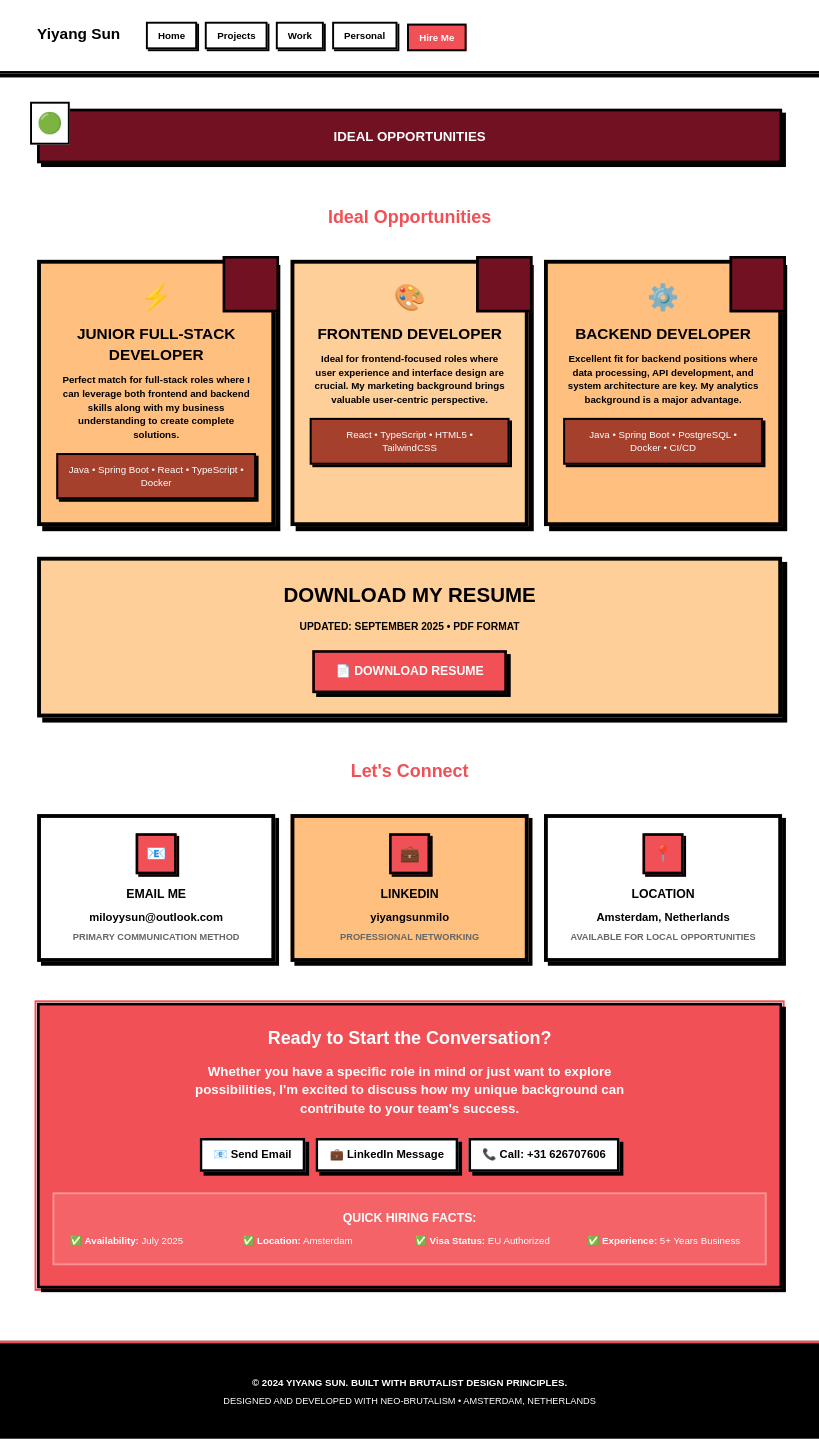
Repository: miloyiyangsun/yiyangsun.github.io
Page: .superdesign/design_iterations/yiyang_hireme_v2.html
An editor plug-in stored every save of this project. The page is shown before and after the next save, followed by the edit.
The browser window is 1280 px wide. The pictures show the whole page, at 64% of full size.

Above is the page before, as saved 2025-09-03 17:25:03.

### .superdesign/design_iterations/yiyang_hireme_v2.html
<!DOCTYPE html>
<html lang="en">
<head>
    <meta charset="UTF-8">
    <meta name="viewport" content="width=device-width, initial-scale=1.0">
    <title>Hire Me - Yiyang Sun [Neo-Brutalist Portfolio]</title>
    <meta name="description" content="Hire Yiyang Sun - Computer Science Student (2025 Graduate) with 5+ years business experience seeking Junior Full-Stack, Frontend, or Backend opportunities in Amsterdam. Neo-brutalist design.">

    <!-- Neo-Brutalist Theme -->
    <link rel="stylesheet" href="brutalist_theme_v2.css">

    <style>
        /* Hire Me specific brutal styles */
        body {
            padding-top: 120px;
            background: #FFFFFF;
        }

        .main-container {
            max-width: 1200px;
            margin: 0 auto;
            padding: 18px;
        }

        /* Hero CTA - Brutal */
        .hire-hero {
            background: #F15156;
            color: #FFFFFF;
            border: 8px solid #000000;
            padding: 48px 24px;
            text-align: center;
            box-shadow: 12px 12px 0 #000000;
            position: relative;
            margin: 24px 0;
        }

        .hire-hero::before {
            content: '💼';
            position: absolute;
            top: -30px;
            left: -30px;
            font-size: 4rem;
            background: #FFFFFF;
            border: 6px solid #000000;
            padding: 16px;
            width: 100px;
            height: 100px;
            display: flex;
            align-items: center;
            justify-content: center;
        }

        .hire-title {
            font-size: 2.5rem;
            font-weight: 900;
            text-transform: uppercase;
            margin: 0 0 18px 0;
            line-height: 0.9;
        }

        .hire-subtitle {
            font-size: 1.2rem;
            font-weight: 700;
            text-transform: uppercase;
            margin-bottom: 24px;
            opacity: 0.95;
        }

        /* Opportunity Cards - Brutal */
        .opportunity-grid {
            display: grid;
            grid-template-columns: repeat(auto-fit, minmax(300px, 1fr));
            gap: 24px;
            margin: 48px 0;
        }

        .opportunity-card {
            background: #FFFFFF;
            border: 6px solid #000000;
            padding: 24px;
            box-shadow: 8px 8px 0 #000000;
            position: relative;
            text-align: center;
        }

        .opportunity-card:hover {
            transform: translate(-4px, -4px);
            box-shadow: 16px 16px 0 #000000;
        }

        .opportunity-card:nth-child(1) {
            background: #FFC07F;
        }

        .opportunity-card:nth-child(2) {
            background: #FFCF99;
        }

        .opportunity-card:nth-child(3) {
            background: #FFC07F;
        }

        .opportunity-card::before {
            content: '';
            position: absolute;
            top: -12px;
            right: -12px;
            width: 80px;
            height: 80px;
            background: #721121;
            border: 4px solid #000000;
        }

        .opportunity-icon {
            font-size: 2.5rem;
            display: block;
            margin-bottom: 12px;
        }

        .opportunity-title {
            font-size: 1.5rem;
            font-weight: 900;
            text-transform: uppercase;
            color: #000000;
            margin-bottom: 12px;
        }

        .opportunity-description {
            font-size: 0.95rem;
            line-height: 1.4;
            font-weight: 600;
            margin-bottom: 18px;
        }

        /* Skills Match - Brutal */
        .skills-match {
            background: #A5402D;
            color: #FFFFFF;
            padding: 12px 16px;
            border: 3px solid #000000;
            margin: 12px 0;
            box-shadow: 4px 4px 0 #000000;
        }

        /* Contact Cards - Brutal */
        .contact-grid {
            display: grid;
            grid-template-columns: repeat(auto-fit, minmax(280px, 1fr));
            gap: 24px;
            margin: 48px 0;
        }

        .contact-card {
            background: #FFFFFF;
            border: 6px solid #000000;
            padding: 24px;
            text-align: center;
            box-shadow: 6px 6px 0 #000000;
            position: relative;
        }

        .contact-card:hover {
            background: #FFCF99;
            transform: translate(-3px, -3px);
            box-shadow: 11px 11px 0 #000000;
        }

        .contact-card:nth-child(even) {
            background: #FFC07F;
        }

        .contact-card:nth-child(even):hover {
            background: #F15156;
            color: #FFFFFF;
        }

        .contact-icon {
            width: 64px;
            height: 64px;
            background: #F15156;
            border: 4px solid #000000;
            border-radius: 0;
            margin: 0 auto 18px auto;
            display: flex;
            align-items: center;
            justify-content: center;
            font-size: 1.6rem;
            color: #FFFFFF;
            box-shadow: 4px 4px 0 #000000;
        }

        .contact-title {
            font-size: 1.2rem;
            font-weight: 900;
            text-transform: uppercase;
            margin-bottom: 10px;
            color: #000000;
        }

        .contact-info {
            font-size: 1.1rem;
            font-weight: 700;
            margin-bottom: 8px;
        }

        .contact-description {
            font-size: 0.9rem;
            font-weight: 600;
            text-transform: uppercase;
            color: #666666;
        }

        /* Value Proposition - Brutal */
        .value-proposition {
            background: #721121;
            color: #FFFFFF;
            padding: 48px;
            border: 8px solid #000000;
            box-shadow: 12px 12px 0 #000000;
            margin: 64px 0;
        }

        .value-title {
            font-size: 2.5rem;
            font-weight: 900;
            text-transform: uppercase;
            text-align: center;
            margin-bottom: 32px;
        }

        .value-grid {
            display: grid;
            grid-template-columns: repeat(auto-fit, minmax(250px, 1fr));
            gap: 24px;
        }

        .value-item {
            padding: 24px;
            background: rgba(255, 255, 255, 0.1);
            border: 2px solid rgba(255, 255, 255, 0.3);
            text-align: center;
        }

        .value-item-title {
            font-size: 1.2rem;
            font-weight: 900;
            text-transform: uppercase;
            margin-bottom: 12px;
        }

        .value-item-description {
            font-size: 1rem;
            font-weight: 500;
            line-height: 1.4;
        }

        /* Resume Download - Brutal */
        .resume-section {
            background: #FFCF99;
            border: 6px solid #000000;
            padding: 32px;
            text-align: center;
            box-shadow: 8px 8px 0 #000000;
            margin: 32px 0;
        }

        .resume-title {
            font-size: 2rem;
            font-weight: 900;
            text-transform: uppercase;
            margin-bottom: 16px;
        }

        .resume-info {
            font-size: 1rem;
            font-weight: 600;
            margin-bottom: 24px;
            text-transform: uppercase;
        }

        .download-button {
            display: inline-block;
            background: #F15156;
            color: #FFFFFF;
            padding: 16px 32px;
            border: 4px solid #000000;
            text-decoration: none;
            font-weight: 900;
            font-size: 1.2rem;
            text-transform: uppercase;
            box-shadow: 6px 6px 0 #000000;
        }

        .download-button:hover {
            background: #721121;
            transform: translate(-2px, -2px);
            box-shadow: 8px 8px 0 #000000;
        }

        /* Availability Status - Brutal */
        .availability {
            background: #721121;
            color: #FFFFFF;
            padding: 24px;
            border: 4px solid #000000;
            text-align: center;
            margin: 32px 0;
            box-shadow: 6px 6px 0 #000000;
            position: relative;
        }

        .availability::before {
            content: '🟢';
            position: absolute;
            top: -15px;
            left: -15px;
            font-size: 2rem;
            background: #FFFFFF;
            border: 3px solid #000000;
            padding: 8px;
            border-radius: 0;
        }

        .availability-text {
            font-size: 1.3rem;
            font-weight: 900;
            text-transform: uppercase;
        }

        /* Mobile responsive */
        @media (max-width: 768px) {
            .hire-title {
                font-size: 2.5rem;
            }

            .hire-hero {
                padding: 40px 20px;
            }

            .opportunity-grid,
            .contact-grid {
                grid-template-columns: 1fr;
            }

            .value-proposition {
                padding: 32px 20px;
            }

            .value-title {
                font-size: 2rem;
            }
        }
    </style>
</head>

<body>
    <!-- Brutalist Navigation -->
    <nav class="brutalist-nav">
        <div class="main-container">
            <strong style="font-size: 1.5rem; margin-right: 32px;">Yiyang Sun</strong>
            <a href="yiyang_home_v2.html" class="brutalist-nav-item">Home</a>
            <a href="yiyang_projects_v2.html" class="brutalist-nav-item">Projects</a>
            <a href="yiyang_work_v2.html" class="brutalist-nav-item">Work</a>
            <a href="yiyang_personal_v2.html" class="brutalist-nav-item">Personal</a>
            <a href="yiyang_hireme_v2.html" class="brutalist-nav-item active">Hire Me</a>
        </div>
    </nav>

    <!-- Main Content -->
    <main class="main-container">
        <!-- Hero CTA -->
        <!-- <section class="hire-hero">
            <div class="hire-title">Hire Me Now!</div>
            <div class="hire-subtitle">CS Student (2025 Graduate) with 5+ Years Business Background</div>
            <p style="font-size: 1.2rem; font-weight: 600; max-width: 600px; margin: 0 auto 32px auto;">
                Computer Science student graduating July 2025 seeking Junior Full-Stack, Frontend, or Backend opportunities.
                5+ years international business experience + technical skills.
            </p>
            <a href="mailto:miloyysun@outlook.com?subject=Job Opportunity&body=Hi Yiyang, I'm interested in discussing a software development opportunity with you."
               class="brutalist-button" style="background: #FFFFFF; color: #000000; font-size: 1.2rem; padding: 16px 32px;">
Email Me Today
            </a>
        </section> -->

        <!-- Availability Status -->
        <!-- <section class="availability">
            <div class="availability-text">Available from July 2025 • CS Graduate • Amsterdam Based • EU Work Authorization</div>
        </section> -->
        <section class="availability">
            <div class="availability-text">Ideal Opportunities</div>
        </section>
        <!-- Opportunity Types -->
        <section>
            <h2 class="title-large brutalist-text-center" style="margin: 64px 0 32px 0;">Ideal Opportunities</h2>

            <div class="opportunity-grid">
                <div class="opportunity-card">
                    <span class="opportunity-icon">⚡</span>
                    <div class="opportunity-title">Junior Full-Stack Developer</div>
                    <div class="opportunity-description">
                        Perfect match for full-stack roles where I can leverage both frontend and backend skills
                        along with my business understanding to create complete solutions.
                    </div>
                    <div class="skills-match">
                        Java • Spring Boot • React • TypeScript • Docker
                    </div>
                </div>

                <div class="opportunity-card">
                    <span class="opportunity-icon">🎨</span>
                    <div class="opportunity-title">Frontend Developer</div>
                    <div class="opportunity-description">
                        Ideal for frontend-focused roles where user experience and interface design are crucial.
                        My marketing background brings valuable user-centric perspective.
                    </div>
                    <div class="skills-match">
                        React • TypeScript • HTML5 • TailwindCSS
                    </div>
                </div>

                <div class="opportunity-card">
                    <span class="opportunity-icon">⚙️</span>
                    <div class="opportunity-title">Backend Developer</div>
                    <div class="opportunity-description">
                        Excellent fit for backend positions where data processing, API development, and system architecture
                        are key. My analytics background is a major advantage.
                    </div>
                    <div class="skills-match">
                        Java • Spring Boot • PostgreSQL • Docker • CI/CD
                    </div>
                </div>
            </div>
        </section>

        <!-- Value Proposition -->
        <!-- <section class="value-proposition">
            <div class="value-title">Why Hire Me?</div>
            <div class="value-grid">
                <div class="value-item">
                    <div class="value-item-title">Unique Business Background</div>
                    <div class="value-item-description">
                        5+ years of international business experience brings valuable perspective to software development projects
                    </div>
                </div>
                <div class="value-item">
                    <div class="value-item-title">Proven Problem Solver</div>
                    <div class="value-item-description">
                        Demonstrated ability to analyze complex problems and implement effective technical solutions
                    </div>
                </div>
                <div class="value-item">
                    <div class="value-item-title">International Experience</div>
                    <div class="value-item-description">
                        Worked across Singapore, China, and Netherlands - excellent for global teams and cross-cultural projects
                    </div>
                </div>
                <div class="value-item">
                    <div class="value-item-title">Career Transition Success</div>
                    <div class="value-item-description">
                        Successfully transitioned from 5+ years business career to Computer Science, graduating July 2025
                    </div>
                </div>
            </div>
        </section> -->

        <!-- Resume Download -->
        <section class="resume-section">
            <div class="resume-title">Download My Resume</div>
            <div class="resume-info">Updated: September 2025 • PDF Format</div>
            <a href="#" class="download-button">📄 Download Resume</a>
        </section>

        <!-- Contact Information -->
        <section>
            <h2 class="title-large brutalist-text-center" style="margin: 64px 0 32px 0;">Let's Connect</h2>

            <div class="contact-grid">
                <div class="contact-card">
                    <div class="contact-icon">📧</div>
                    <div class="contact-title">Email Me</div>
                    <div class="contact-info">miloyysun@outlook.com</div>
                    <div class="contact-description">Primary Communication Method</div>
                </div>

                <div class="contact-card">
                    <div class="contact-icon">💼</div>
                    <div class="contact-title">LinkedIn</div>
                    <div class="contact-info">yiyangsunmilo</div>
                    <div class="contact-description">Professional Networking</div>
                </div>

                <div class="contact-card">
                    <div class="contact-icon">📍</div>
                    <div class="contact-title">Location</div>
                    <div class="contact-info">Amsterdam, Netherlands</div>
                    <div class="contact-description">Available for Local Opportunities</div>
                </div>
            </div>
        </section>

        <!-- Final CTA -->
        <section class="brutalist-hero brutalist-bg-red" style="margin: 64px 0;">
            <div class="brutalist-text-center">
                <h2 class="title-large" style="color: #FFFFFF; margin-bottom: 16px;">Ready to Start the Conversation?</h2>
                <p style="font-size: 1.3rem; font-weight: 700; color: #FFFFFF; margin-bottom: 32px; max-width: 700px; margin-left: auto; margin-right: auto;">
                    Whether you have a specific role in mind or just want to explore possibilities,
                    I'm excited to discuss how my unique background can contribute to your team's success.
                </p>
                <div style="display: flex; justify-content: center; gap: 16px; flex-wrap: wrap;">
                    <a href="mailto:miloyysun@outlook.com?subject=Software Development Opportunity&body=Hi Yiyang, I'm interested in discussing potential opportunities with you."
                       class="brutalist-button" style="background: #FFFFFF; color: #000000; font-size: 1.1rem;">
                        📧 Send Email
                    </a>
                    <a href="https://linkedin.com/in/yiyangsunmilo"
                       class="brutalist-button" style="background: #FFFFFF; color: #000000; font-size: 1.1rem;" target="_blank">
                        💼 LinkedIn Message
                    </a>
                    <a href="tel:+31626707606"
                       class="brutalist-button" style="background: #FFFFFF; color: #000000; font-size: 1.1rem;">
                        📞 Call: +31 626707606
                    </a>
                </div>

                <div style="margin-top: 32px; padding: 24px; background: rgba(255,255,255,0.1); border: 3px solid rgba(255,255,255,0.3);">
                    <h3 style="font-size: 1.2rem; font-weight: 900; text-transform: uppercase; margin-bottom: 12px;">Quick Hiring Facts:</h3>
                    <div style="display: grid; grid-template-columns: repeat(auto-fit, minmax(150px, 1fr)); gap: 16px; text-align: left;">
                        <div>✅ <strong>Availability:</strong> July 2025</div>
                        <div>✅ <strong>Location:</strong> Amsterdam</div>
                        <div>✅ <strong>Visa Status:</strong> EU Authorized</div>
                        <div>✅ <strong>Experience:</strong> 5+ Years Business</div>
                    </div>
                </div>
            </div>
        </section>
    </main>

    <!-- Footer -->
    <footer style="background: #000000; color: #FFFFFF; padding: 32px; text-align: center; border-top: 4px solid #F15156;">
        <div class="main-container">
            <p style="font-weight: 700; text-transform: uppercase; margin-bottom: 8px;">
                &copy; 2024 Yiyang Sun. Built with brutalist design principles.
            </p>
            <p style="font-size: 0.9rem; text-transform: uppercase;">
                Designed and developed with neo-brutalism • Amsterdam, Netherlands
            </p>
        </div>
    </footer>

    <script>
        // Minimal JavaScript for hire me page
        console.log('💼 HIRE ME PAGE - NEO-BRUTALIST DESIGN LOADED');
        console.log('🚀 READY TO HIRE YIYANG SUN!');

        // Enhanced button press effects for CTA buttons
        document.querySelectorAll('.brutalist-button, .download-button, .contact-card').forEach(element => {
            element.addEventListener('mousedown', function() {
                this.style.transform = 'translate(3px, 3px)';
                this.style.boxShadow = 'none';
            });

            element.addEventListener('mouseup', function() {
                this.style.transform = '';
                this.style.boxShadow = '';
            });

            element.addEventListener('mouseleave', function() {
                this.style.transform = '';
                this.style.boxShadow = '';
            });
        });

        // Log hiring intent tracking
        document.querySelectorAll('a[href^="mailto:"]').forEach(emailLink => {
            emailLink.addEventListener('click', function() {
                console.log('📧 EMAIL CLICK - POTENTIAL HIRE INTEREST!');
            });
        });
    </script>
</body>
</html>

Loaded but not shown: .superdesign/design_iterations/brutalist_theme_v2.css (336 lines, source omitted)

After the next save:
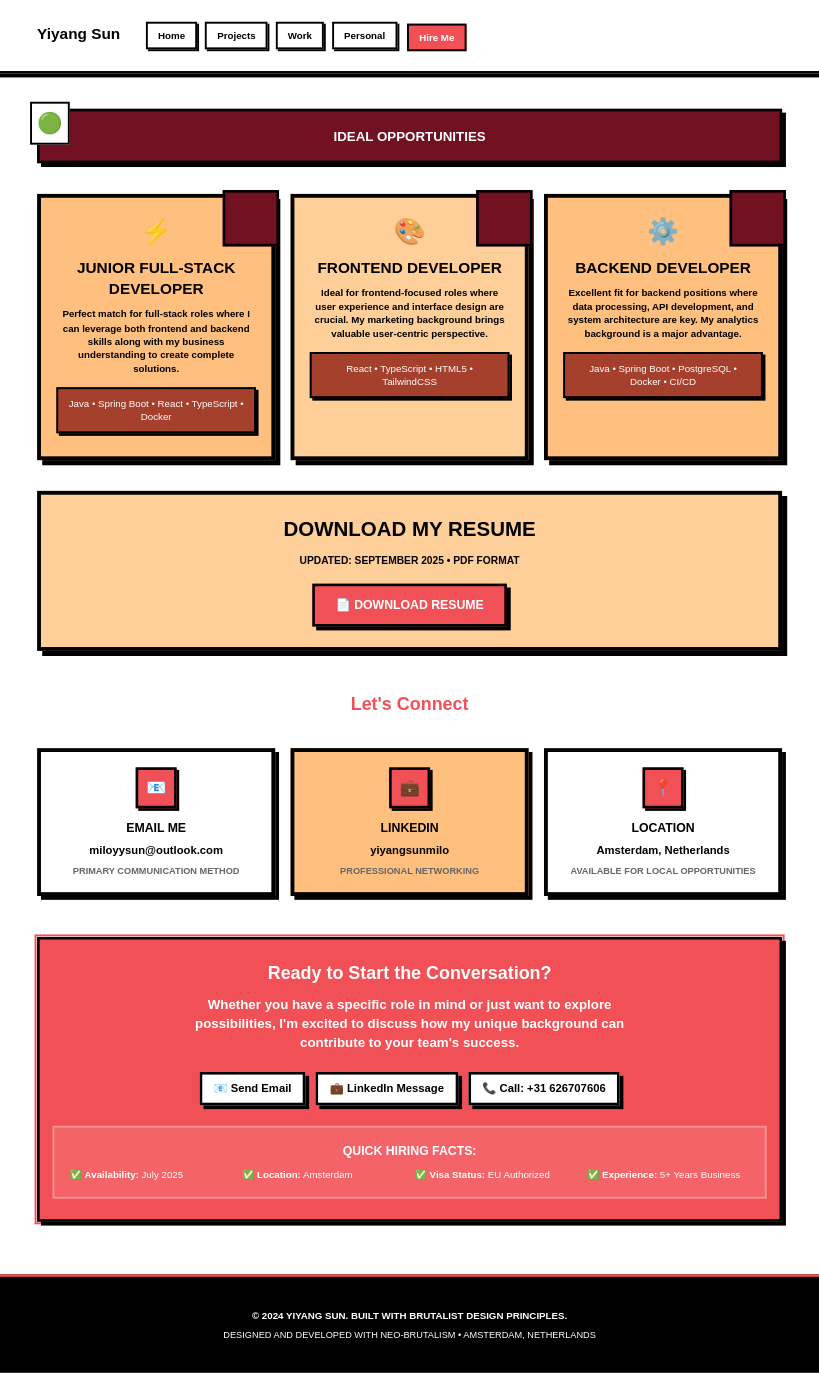
Saved 12 s later.
--- a/.superdesign/design_iterations/yiyang_hireme_v2.html
+++ b/.superdesign/design_iterations/yiyang_hireme_v2.html
@@ -391,7 +391,7 @@ Email Me Today
         </section>
         <!-- Opportunity Types -->
         <section>
-            <h2 class="title-large brutalist-text-center" style="margin: 64px 0 32px 0;">Ideal Opportunities</h2>
+            <!-- <h2 class="title-large brutalist-text-center" style="margin: 64px 0 32px 0;">Ideal Opportunities</h2> -->
 
             <div class="opportunity-grid">
                 <div class="opportunity-card">
